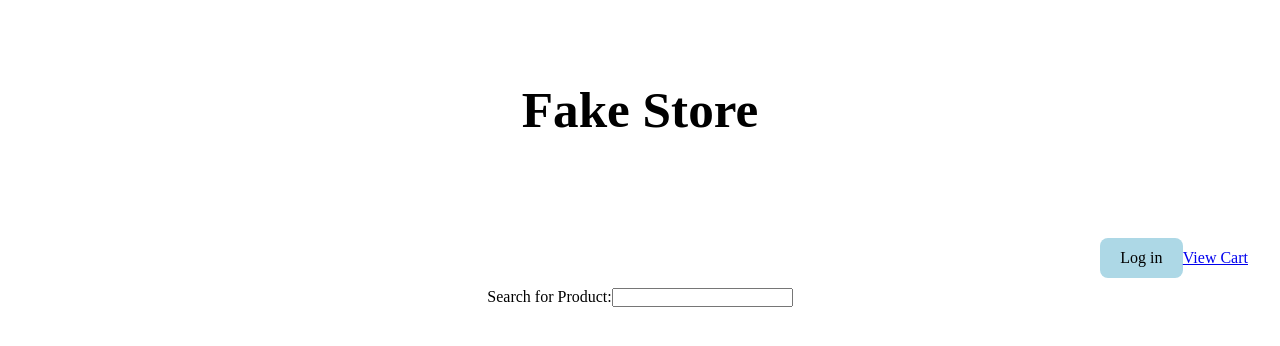
Repository: Andres513/CapStone
Page: /
These files come from the project's save history. The page is drawn as it stood at one moment and after the next save; the edit follows.
The browser window is 1280 px wide. The pictures show the whole page.
The page's requests for data from a server got no answer. The project was rebuilt for these pictures with package versions that can differ from the ones it lists, and the page was loaded fresh each time. No one was signed in, and anything a server would have sent is missing. Also part of the build but not shown: vite.config.js, src/components/Login.jsx, src/components/Cart.jsx, src/components/SingleProduct.jsx, src/components/ProductsByCategory.jsx.

Above is the page before, as saved 2024-04-09 14:02:34.

After the next save:
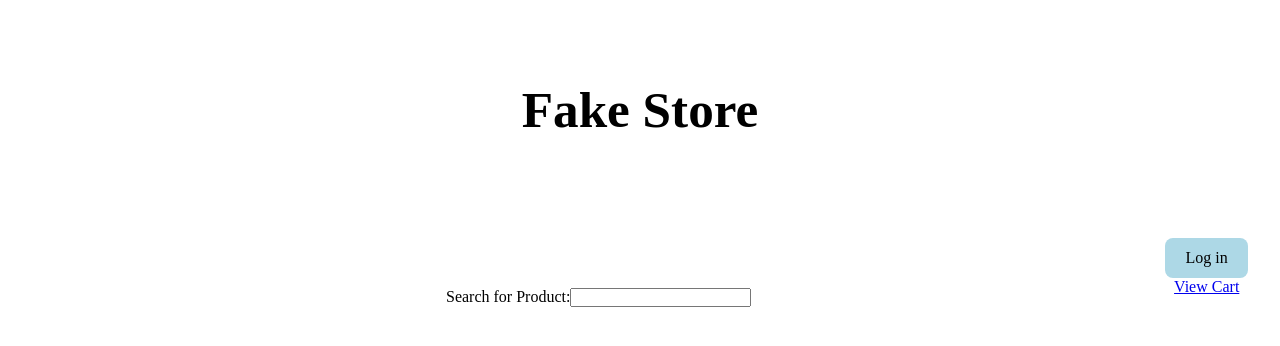
Saved 29 s later.
--- a/src/components/FetchProducts.jsx
+++ b/src/components/FetchProducts.jsx
@@ -37,12 +37,12 @@ return (
         <nav className="navbar">
                 {isLoggedIn ? (
                     <>
-                        <button onClick={handleLogout}>Log out</button>
+                        <button onClick={handleLogout}>Log out</button><br/>
                     </>
                 ) : (
                     <Link to="/login"><button>Log in</button></Link>
                 )}
-                <Link to="/cart">View Cart</Link>
+                <br/><Link to="/cart">View Cart</Link>
             </nav>
 
             <Categories products={products}/>
